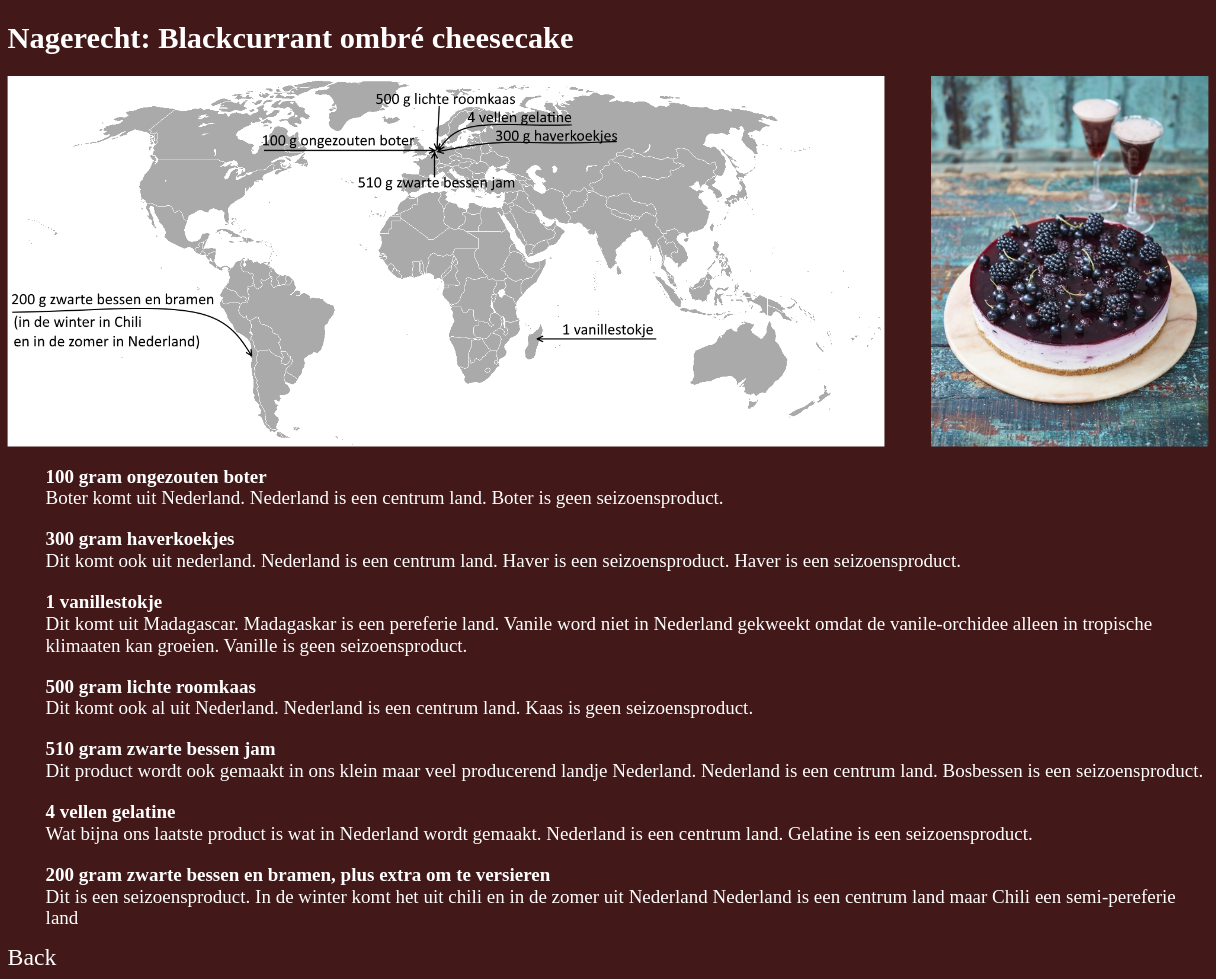
Repository: codemaker4/codemaker4.github.io
Page: workspace/BlackcurrantcheesecakeMap.html
The author's editor kept a record of every edit. The page is drawn from the files as they stood at one moment, then again after the next edit.
The browser window is 1280 px wide. The pictures show the whole page, at 95% of full size.

Above is the page before.

### workspace/BlackcurrantcheesecakeMap.html
<!DOCTYPE html>
<html>
    <head>
    <meta charset="utf-8">
    <title>Blackcurrant ombré cheesecake</title>
    <link rel="stylesheet" href="Style.css">
  </head>
    <body>
      <h1>Nagerecht: Blackcurrant ombré cheesecake</h1>
        <div id="map">
          <img src="Blackcurrent-map.png" class="map">
            <img src="Blackcurrent.jpg" class="menuitem"></img>
        </div>
        <div id="ingredientenLijst">
          <ul>
            <li><b>100 gram ongezouten boter</b><br>Boter komt uit Nederland. Nederland is een centrum land. Boter is geen seizoensproduct.</li>
            <li><p></p></li>
            <li><b>300 gram haverkoekjes</b><br>Dit komt ook uit nederland. Nederland is een centrum land. Haver is een seizoensproduct. Haver is een seizoensproduct.</li>
            <li><p></p></li>
            <li><b>1 vanillestokje</b><br>Dit komt uit Madagascar. Madagaskar is een pereferie land. Vanile word niet in Nederland gekweekt omdat de vanile-orchidee alleen in tropische klimaaten kan groeien. Vanille is geen seizoensproduct.</li>
            <li><p></p></li>
            <li><b>500 gram lichte roomkaas</b><br>Dit komt ook al uit Nederland. Nederland is een centrum land. Kaas is geen seizoensproduct.</li>
            <li><p></p></li>
            <li><b>510 gram zwarte bessen jam</b><br>Dit product wordt ook gemaakt in ons klein maar veel producerend landje Nederland. Nederland is een centrum land. Bosbessen is een seizoensproduct.</li>
            <li><p></p></li>
            <li><b>4 vellen gelatine</b><br>Wat bijna ons laatste product is wat in Nederland wordt gemaakt. Nederland is een centrum land. Gelatine is een seizoensproduct.</li>
            <li><p></p></li>
            <li><b>200 gram zwarte bessen en bramen, plus extra om te versieren</b><br>Dit is een seizoensproduct. In de winter komt het uit chili en in de zomer uit Nederland Nederland is een centrum land maar Chili een semi-pereferie land</li>
          </ul>
        </div>
      <a href="index.html">Back</a>
    </body>
</html>

### workspace/Style.css
body {
  background-color: #421818;

}

H1 {
    color: white;
}
a {
    text-decoration: none;
    color: white;
    font-size: 25px;
}

ul {
    list-style-type: none;
}
a:hover{
    transition:0.5s;
    color: #E40000;
    text-decoration:underline;
    font-size:30px;
}

.menuitem {
    float: right;
    width: 23.1%;
}

.index {
    text-align: center;
}

p {
    color:white;

}

li {
    color: white;
    font-size:20px;
}

.map{
    width: 73%;
}

.copyright {
    color:white;
    text-align: left;
    margin-top: 35%
}

After the next edit:
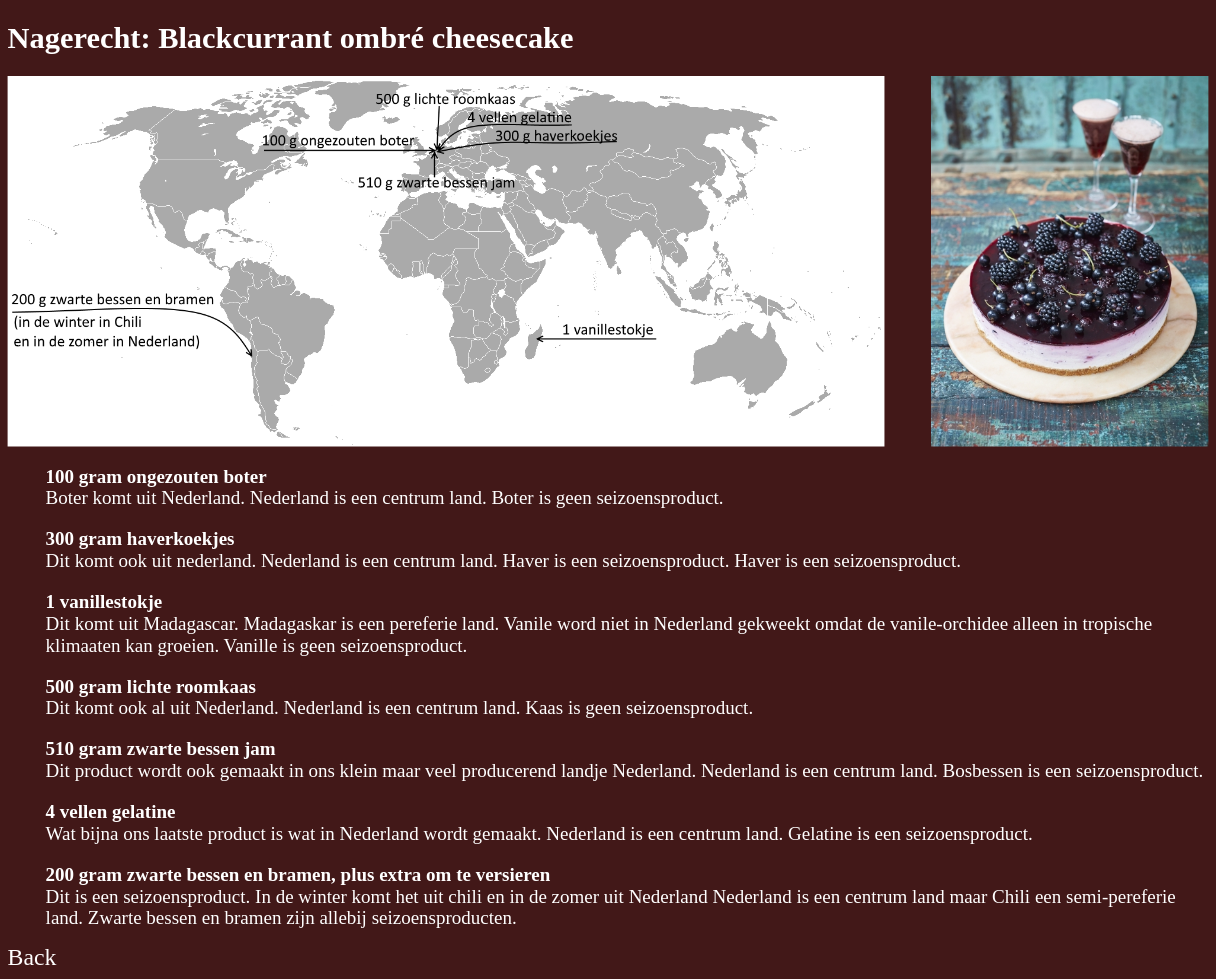
The edit:
--- a/workspace/BlackcurrantcheesecakeMap.html
+++ b/workspace/BlackcurrantcheesecakeMap.html
@@ -25,7 +25,7 @@
             <li><p></p></li>
             <li><b>4 vellen gelatine</b><br>Wat bijna ons laatste product is wat in Nederland wordt gemaakt. Nederland is een centrum land. Gelatine is een seizoensproduct.</li>
             <li><p></p></li>
-            <li><b>200 gram zwarte bessen en bramen, plus extra om te versieren</b><br>Dit is een seizoensproduct. In de winter komt het uit chili en in de zomer uit Nederland Nederland is een centrum land maar Chili een semi-pereferie land</li>
+            <li><b>200 gram zwarte bessen en bramen, plus extra om te versieren</b><br>Dit is een seizoensproduct. In de winter komt het uit chili en in de zomer uit Nederland Nederland is een centrum land maar Chili een semi-pereferie land. Zwarte bessen en bramen zijn allebij seizoensproducten.</li>
           </ul>
         </div>
       <a href="index.html">Back</a>
